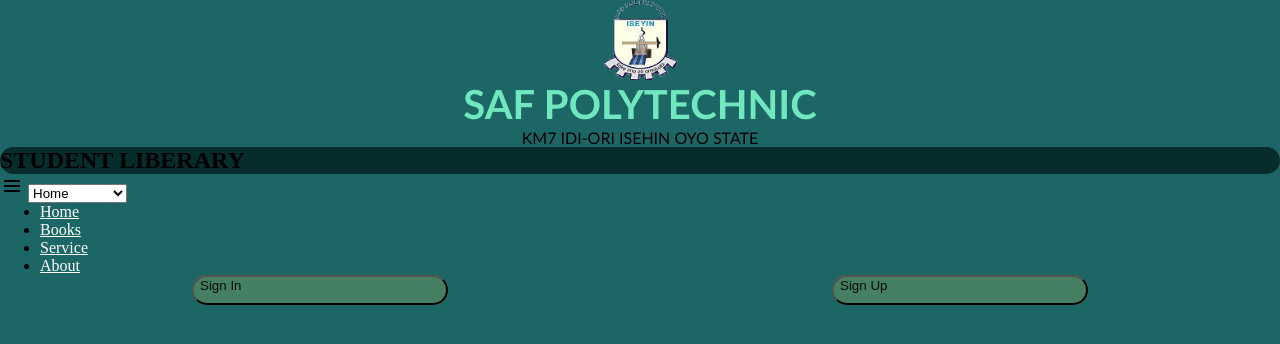
Repository: makinwademila/new-html
Page: index.html
The author's editor kept a copy of each file at every save. The page is drawn from the files as they stood at one save, then again after the next save.
The browser window is 1280 px wide. The pictures show the whole page.

Above is the page before, as saved 2025-02-10 16:43:39.

### index.html
<!DOCTYPE html>
<html>

<head>

    <title>test web page</title>
    <link href="style.css" rel="stylesheet">
</head>
<title>saf porject</title>

<body>
    <header>
        <div class="names">
            <img src="logo.png">
            <div class="name">
                <h6>
                    SAF POLYTECHNIC
                </h6>
            </div>

            <div class="namer"> KM7 IDI-ORI ISEHIN OYO STATE
            </div>
        </div>
    </header>

    <nav>
        <div class="title">
            <h2>
                STUDENT LIBERARY
            </h2>
        </div>
    </nav>
    <div class="nav-menu-btn">
        <svg xmlns="http://www.w3.org/2000/svg" width="24" height="24" viewBox="0 0 24 24"><path d="M4 6h16v2H4zm0 5h16v2H4zm0 5h16v2H4z"/></svg>
        <select name="menu list" id="menu 2">
                <option>Home</option>
                <option>Books</option>
                <option>Departments</option>
                <option>Reguest</option>
            </select>
    </div>
    <div class="nav-menu">
        <ul>
            <li><a href="#" class="first">Home</a></li>
            <li><a href="#" class="second">Books</a></li>
            <li><a href="#" class="third">Service</a></li>
            <li><a href="#" class="fourth">About</a></li>
        </ul>
    </div>


    <div class="nav-button">
        <button class="btn1" id="loginBtn">Sign In</button>
        <button class="btn" id="RegisterBtn">Sign Up</button>
    </div>

    <script src="script.js"></script>
</body>


</html>

### style.css
* {
    margin: auto;
    padding: auto;
}

body {
    margin: 0;
    padding: 0;
    background-color: rgb(29, 102, 102);
    height: auto;
    width: auto;
}

header {
    font-family: 'Gill Sans', 'Gill Sans MT', Calibri, 'Trebuchet MS', sans-serif;
    justify-content: center;
    align-content: center;
}

img {
    height: 80px;
    width: 80px;
    display: block;
    margin: auto;
}

.name h6 {
    font-size: 40px;
    font-weight: bolder;
    color: rgb(112, 231, 191);
    display: flex;
    justify-content: center;
    align-content: center;
}

.title h2 {
    display: flex;
    flex-direction: row;
    justify-content: space-between;
    color: black;
    background-color: rgb(7, 44, 44);
    border-radius: 60px;
    width: 100%;
    list-style: none;
}

.namer {
    display: flex;
    justify-content: center;
}

.nav-button button {
    display: flex;
    background-color: rgb(69, 128, 98);
    color: rgb(1, 12, 12);
    height: 30px;
    width: 20%;
    border-radius: 20px;
}

.nav-menu ul li a {
    display: flex;
    justify-content: center;
    align-items: center;
    justify-content: space-between;
}

a {
    background-color: transparent;
    color: rgb(255, 252, 252);
    transition: 1s;
    opacity: 5px;
    animation: forwards;
    border-radius: 100px;
}

a:hover {
    color: rgba(255, 219, 14, 0.801);
}

a:active {
    background-color: rgb(30, 48, 30);
    transition: 1s ease-in-out;
}

.nav-button {
    justify-content: center;
    display: flex;
    justify-content: space-around;
}

Loaded but not shown: script.js (no copy from this time; the picture is the same without it)

After the next save:
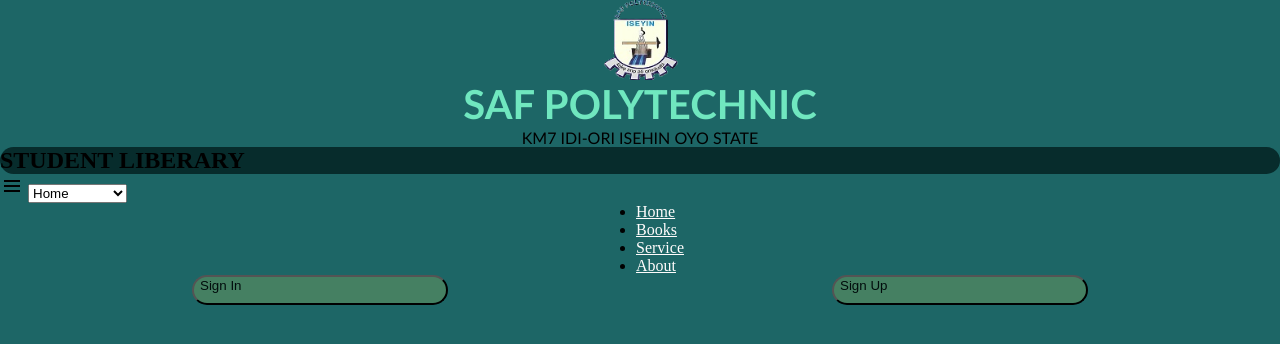
Saved 50 s later.
--- a/style.css
+++ b/style.css
@@ -58,7 +58,7 @@
     border-radius: 20px;
 }
 
-.nav-menu ul li a {
+.nav-menu {
     display: flex;
     justify-content: center;
     align-items: center;
